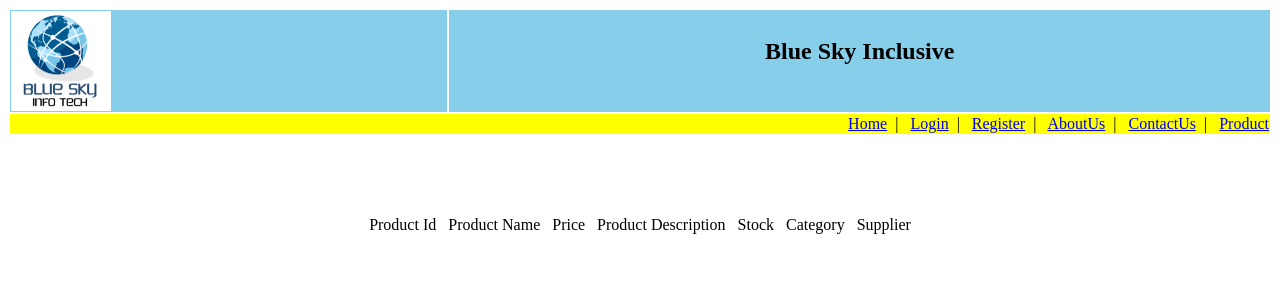
Repository: aishwaryaR16/Term-2-Project
Page: http://localhost/WebDemo/ProductDisplay.jsp
The author's editor kept a copy of each file at every save. The page is drawn from the files as they stood at one save, then again after the next save.
The browser window is 1280 px wide. The pictures show the whole page.
The page is served by Tomcat 9. Other server files are loaded and not shown. The template is opened directly, without the code that normally fills it, so the values that code supplies are empty.

Above is the page before, as saved 2020-11-19 18:05:46.

### eclipse-workspace1/WebDemo/WebContent/ProductDisplay.jsp
<%@ page language="java" contentType="text/html"%>
<%@ taglib uri="http://java.sun.com/jsp/jstl/core" prefix="c" %>
<%@include file="CommonHeader.jsp" %>
<br/><br/><br/><br/>

<table align="center" cellspacing="4" cellpadding="4">
<tr>
<td>Product Id</td>
<td>Product Name</td>
<td>Price</td>
<td>Product Description</td>
<td>Stock</td>
<td>Category</td>
<td>Supplier</td>
</tr>

<c:forEach items="${productList }" var="product">
<tr>
<td>${product.productId}</td>
<td>${product.productName}</td>
<td>${product.price}</td>
<td>${product.productDescription}</td>
<td>${product.stock}</td>
<td>${product.category}</td>
<td>${product.supplier}</td>
</tr>

</c:forEach>

</table>


</body>
</html>

### eclipse-workspace1/WebDemo/WebContent/CommonHeader.jsp
<%@ page language="java" contentType="text/html"%>

<html>
<head>

<title>Common Header</title>
</head>
<body>
<table width="100%">
<tr bgcolor="skyblue">
<td>
<img src="images/1.png" width="100" height="100"/>
</td>
<td>
<h2 align="center"><font face="Monotype Corsiva">Blue Sky Inclusive</font></h2>

</td></tr>
<tr bgcolor="yellow">
<td colspan="2">
<p align="right">
<a href="index">Home</a>&nbsp;&nbsp;|&nbsp;&nbsp;
<a href="Login">Login</a>&nbsp;&nbsp;|&nbsp;&nbsp;
<a href="Register">Register</a>&nbsp;&nbsp;|&nbsp;&nbsp;
<a href="AboutUs">AboutUs</a>&nbsp;&nbsp;|&nbsp;&nbsp;
<a href="ContactUs">ContactUs</a>&nbsp;&nbsp;|&nbsp;&nbsp;
<a href="Product">Product</a>
</p>
</tr>
</table>
</body>
</html>

After the next save:
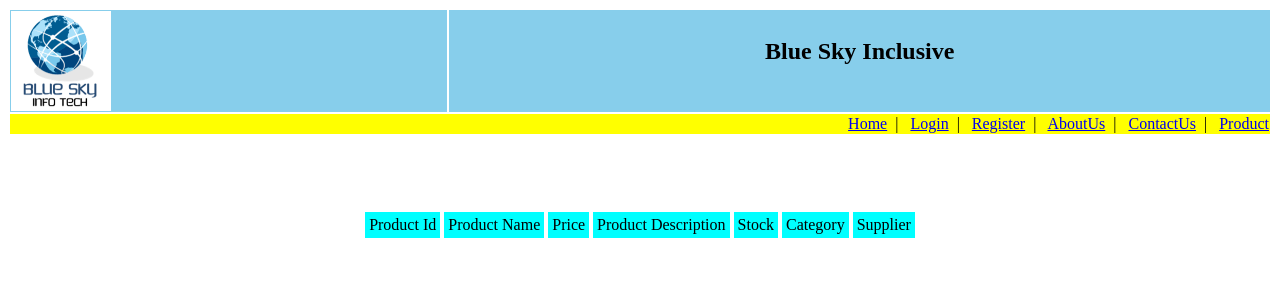
Saved 107 s later.
--- a/eclipse-workspace1/WebDemo/WebContent/ProductDisplay.jsp
+++ b/eclipse-workspace1/WebDemo/WebContent/ProductDisplay.jsp
@@ -4,7 +4,7 @@
 <br/><br/><br/><br/>
 
 <table align="center" cellspacing="4" cellpadding="4">
-<tr>
+<tr bgcolor="cyan">
 <td>Product Id</td>
 <td>Product Name</td>
 <td>Price</td>
@@ -15,7 +15,7 @@
 </tr>
 
 <c:forEach items="${productList }" var="product">
-<tr>
+<tr bgcolor="pink">
 <td>${product.productId}</td>
 <td>${product.productName}</td>
 <td>${product.price}</td>
